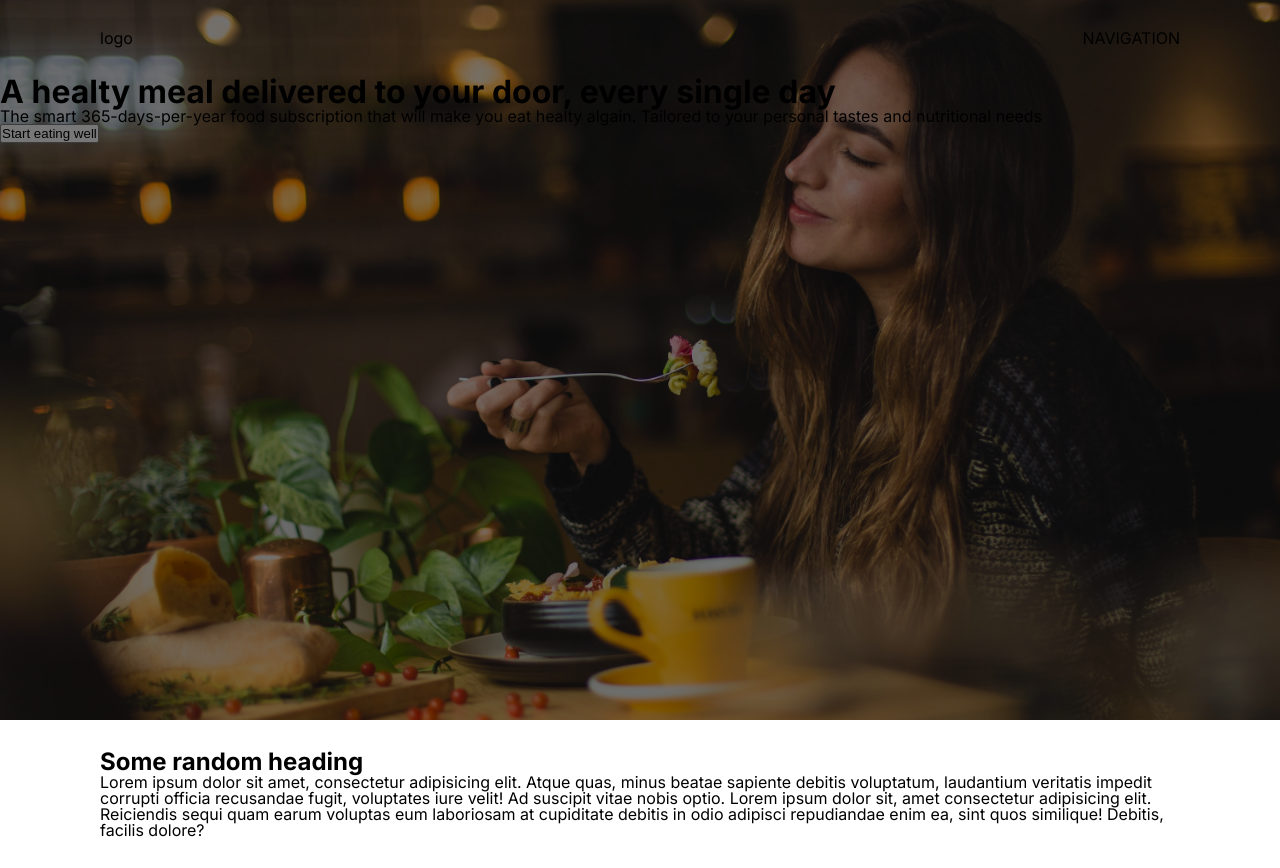
Repository: Ahmed123rezk123/06-Components
Page: hero.html
An editor plug-in stored every save of this project. The page is shown before and after the next save, followed by the edit.
The browser window is 1280 px wide. The pictures show the whole page.

Above is the page before, as saved 2024-09-18 09:15:06.

After the next save:
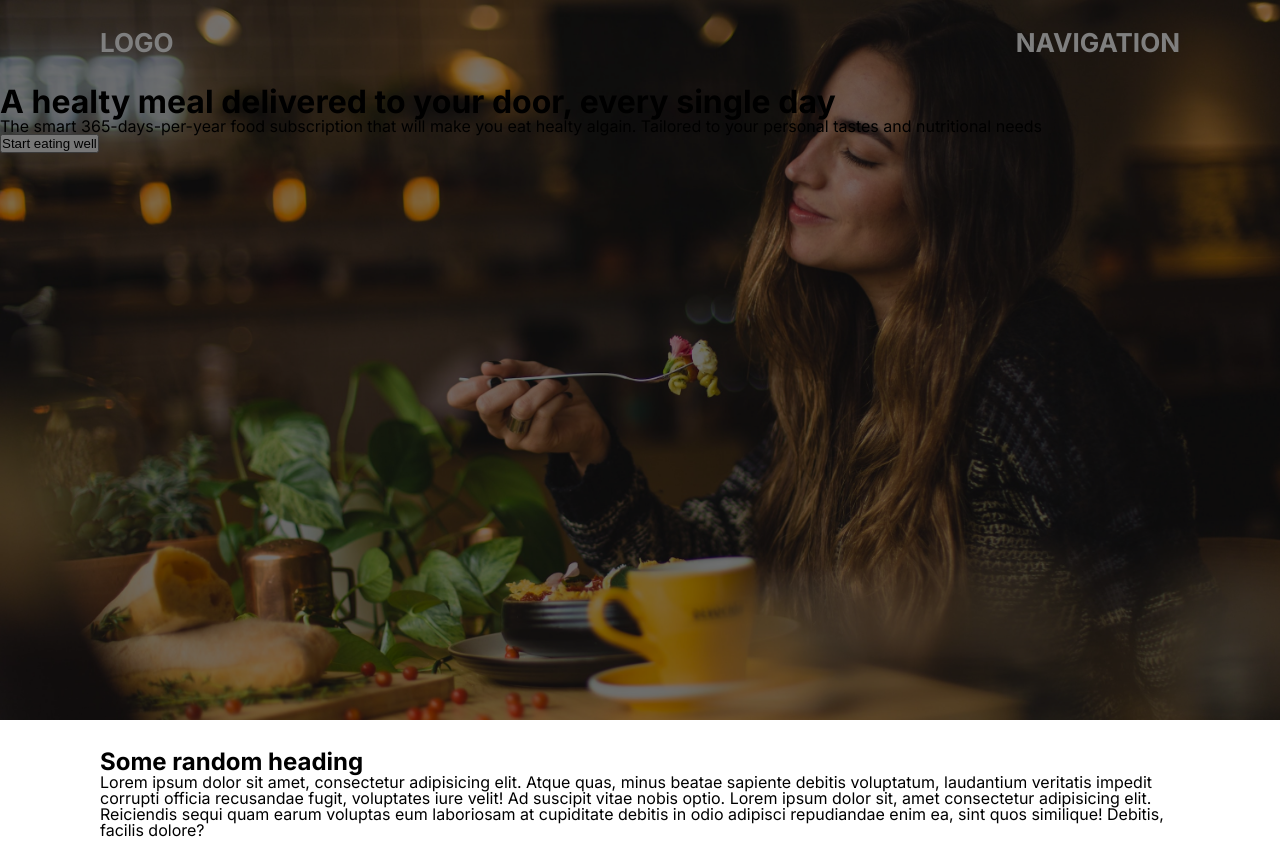
Saved 73 s later.
--- a/hero.html
+++ b/hero.html
@@ -46,6 +46,12 @@
         justify-content: space-between;
         align-items: center;
       }
+      nav div {
+        color: #fff;
+        font-size: 26px;
+        font-weight: bold;
+        text-transform: uppercase;
+      }
     </style>
     <title>Pagination</title>
   </head>
